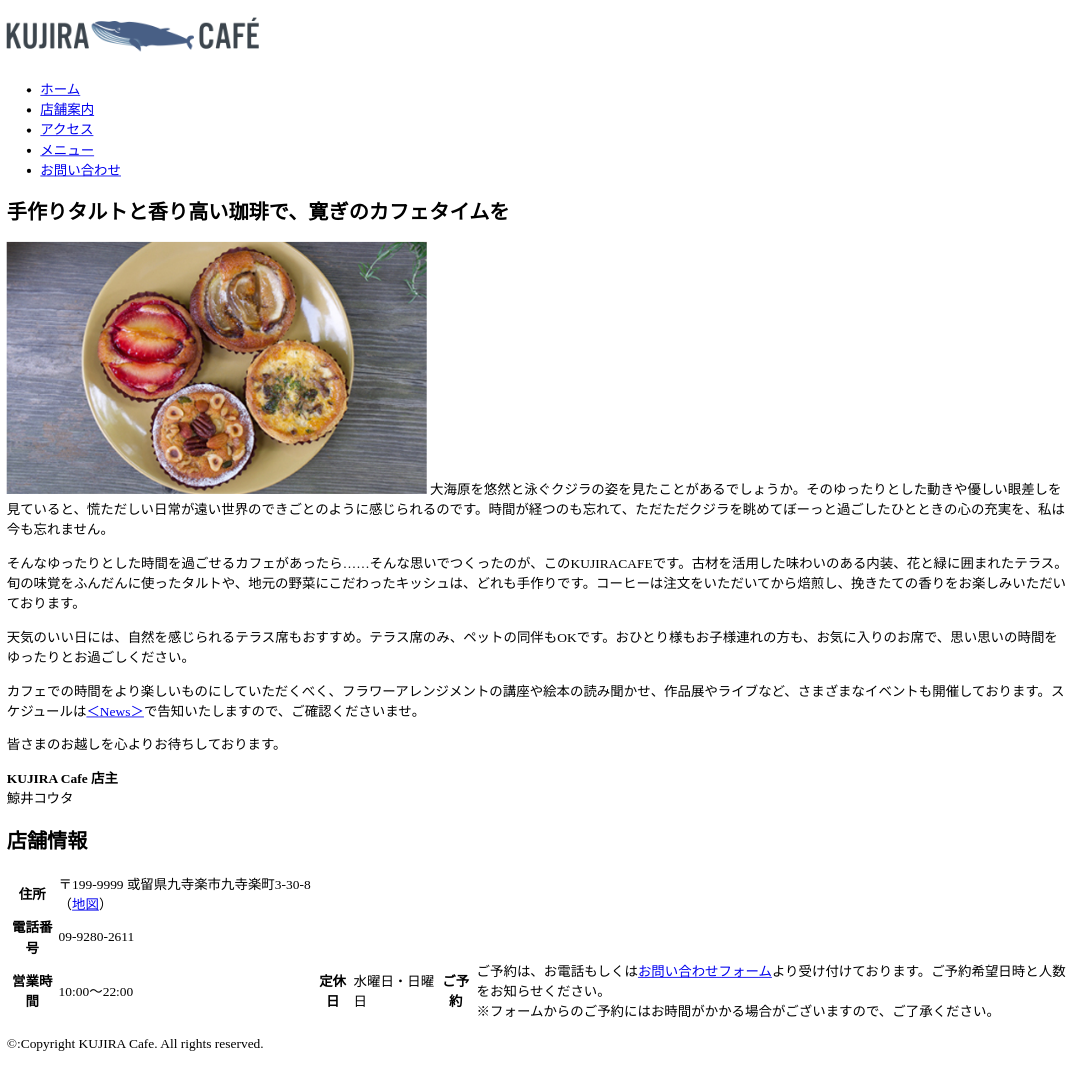
Repository: U-dias/work3
Page: cafe/about.html
The author's editor kept a record of every edit. The page is drawn from the files as they stood at one moment, then again after the next edit.
The browser window is 1280 px wide. The pictures show the whole page, at 84% of full size.

Above is the page before.

After the next edit:
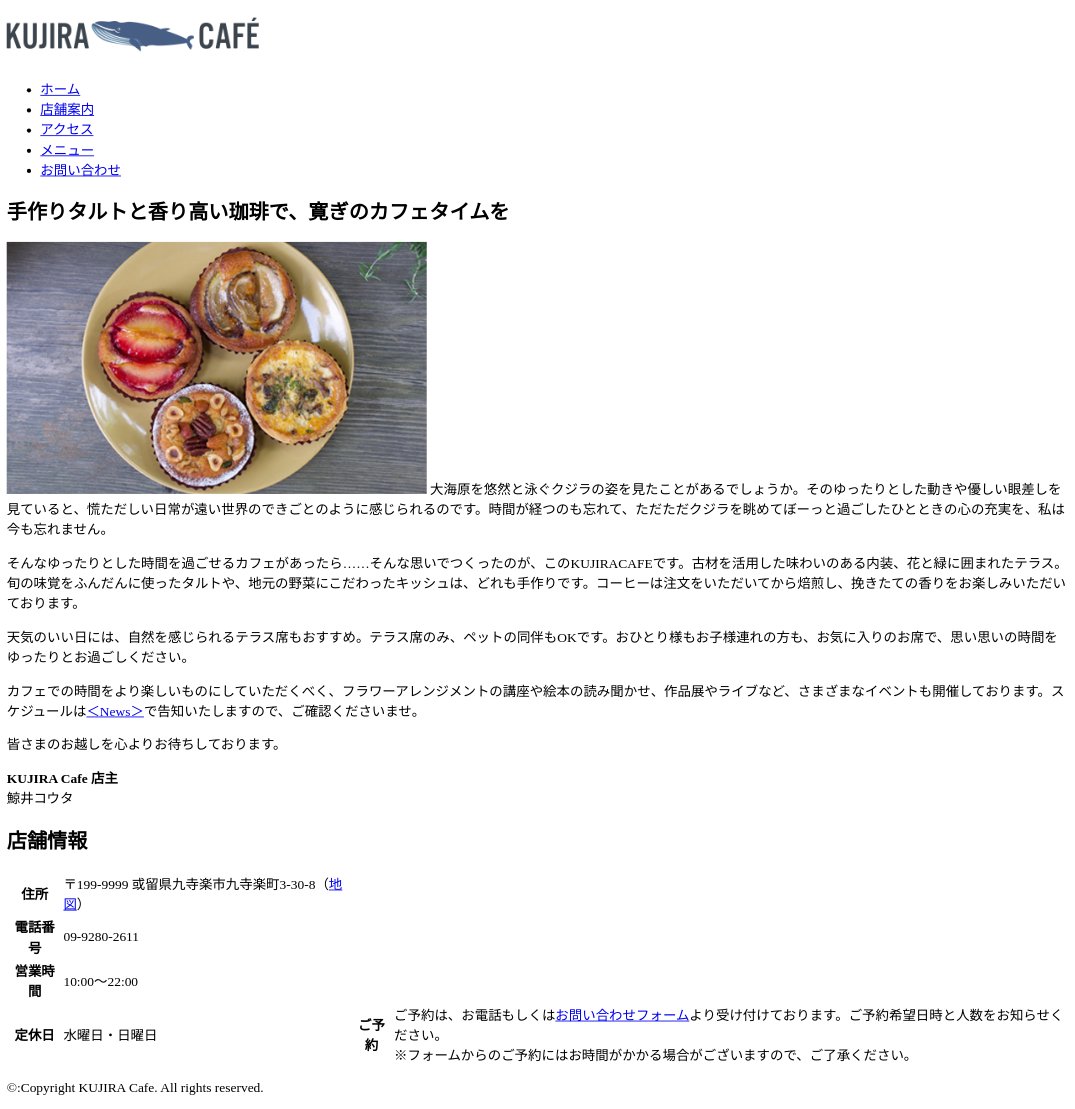
The edit:
--- a/cafe/about.html
+++ b/cafe/about.html
@@ -50,7 +50,7 @@
 
             <tr>
             <th>営業時間</th>
-            <td>10:00～22:00</td>
+            <td>10:00～22:00</td></tr>
 
             <th>定休日</th>
             <td>水曜日・日曜日</td>
